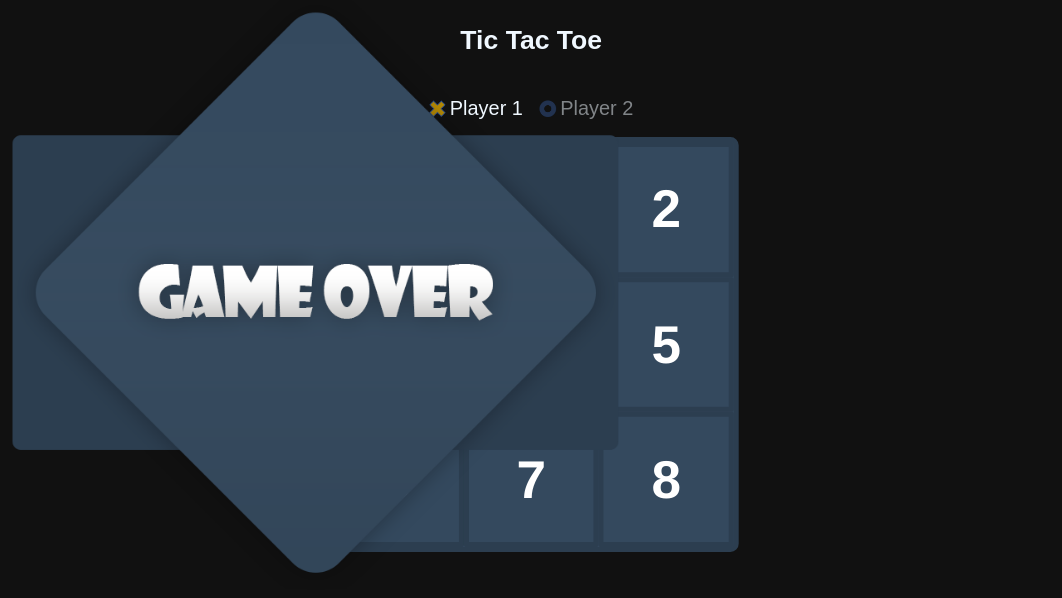
Repository: richardlieknis/tictactoe
Page: index.html
These files come from the project's save history. The page is drawn as it stood at one moment and after the next save; the edit follows.
The browser window is 1280 px wide. The pictures show the whole page, at 83% of full size.

Above is the page before, as saved 2022-12-08 18:47:24.

After the next save:
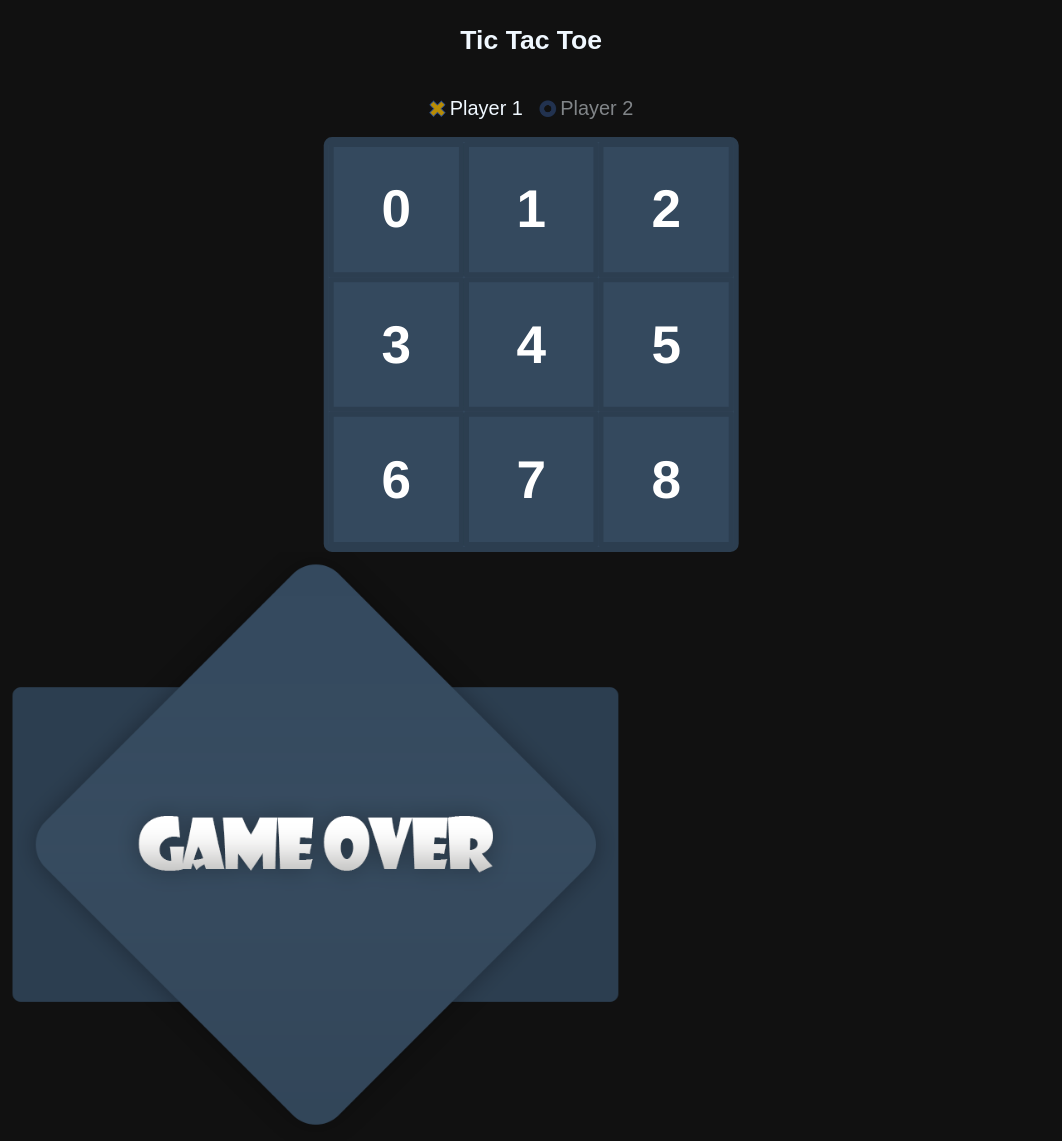
Saved 16 s later.
--- a/css/style.css
+++ b/css/style.css
@@ -103,8 +103,4 @@
 
 .gameover {
     position: absolute;
-    top: 0;
-    bottom: 0;
-    left: 0;
-    right: 0;
 }
